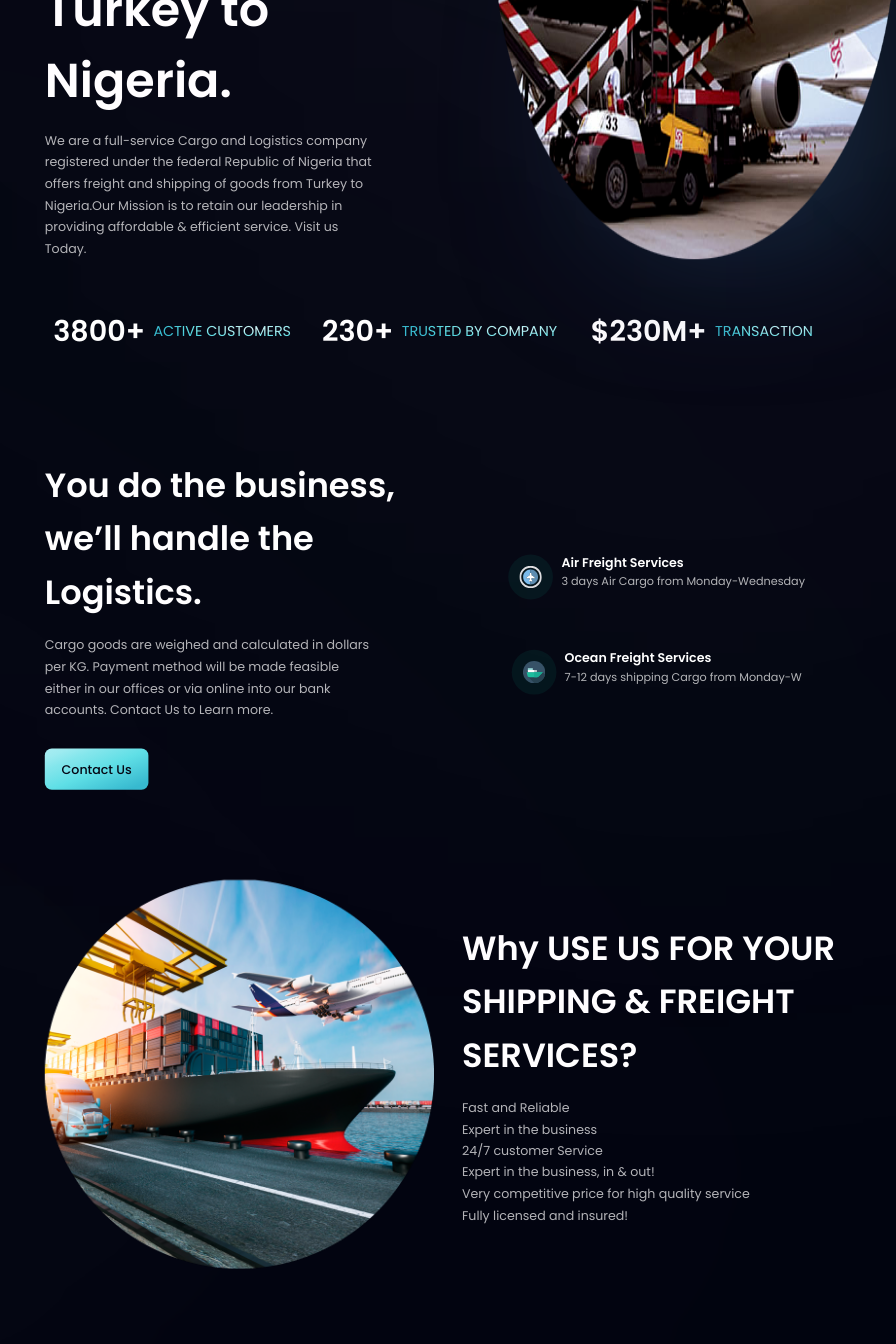
Repository: Miracleoluebube/captionlogistics
Page: /
The author's editor kept a copy of each file at every save. The page is drawn from the files as they stood at one save, then again after the next save.
The browser window is 1280 px wide. The pictures show the part of the page from y = 735 to 2655 px (the page is 5707 px tall), at 70% of full size.
The project was rebuilt for these pictures with package versions that can differ from the ones it lists, and the page was loaded fresh each time. Also part of the build but not shown: vite.config.js.

Above is the page before, as saved 2022-10-02 18:43:03.

### src/components/Navbar.jsx
import { useState } from "react";

import { close, logo, menu } from "../assets";
import { navLinks } from "../constants";

const Navbar = () => {
  const [active, setActive] = useState("Home");
  const [toggle, setToggle] = useState(false);

  return (
    <nav className="w-full flex py-6 justify-between items-center navbar">
      <img src={logo} alt="hoobank" className="w-[124px] h-[32px]" />

      <ul className="list-none sm:flex hidden justify-end items-center flex-1">
        {navLinks.map((nav, index) => (
          <li
            key={nav.id}
            className={`font-poppins font-normal cursor-pointer text-[16px] ${
              active === nav.title ? "text-white" : "text-dimWhite"
            } ${index === navLinks.length - 1 ? "mr-0" : "mr-10"}`}
            onClick={() => setActive(nav.title)}
          >
            <a href={`#${nav.id}`}>{nav.title}</a>
          </li>
        ))}
      </ul>

      <div className="sm:hidden flex flex-1 justify-end items-center">
        <img
          src={toggle ? close : menu}
          alt="menu"
          className="w-[28px] h-[28px] object-contain"
          onClick={() => setToggle(!toggle)}
        />

        <div
          className={`${
            !toggle ? "hidden" : "flex"
          } p-6 bg-black-gradient absolute top-20 right-0 mx-4 my-2 min-w-[140px] rounded-xl sidebar`}
        >
          <ul className="list-none flex justify-end items-start flex-1 flex-col">
            {navLinks.map((nav, index) => (
              <li
                key={nav.id}
                className={`font-poppins font-medium cursor-pointer text-[16px] ${
                  active === nav.title ? "text-white" : "text-dimWhite"
                } ${index === navLinks.length - 1 ? "mb-0" : "mb-4"}`}
                onClick={() => setActive(nav.title)}
              >
                <a href={`#${nav.id}`}>{nav.title}</a>
              </li>
            ))}
          </ul>
        </div>
      </div>
    </nav>
  );
};

export default Navbar;

### src/components/Billing.jsx
import { apple, bill, google } from "../assets";
import styles, { layout } from "../style";

const Billing = () => (
  <section id="product" className={layout.sectionReverse}>
    <div className={layout.sectionImgReverse}>
      <img src={bill} alt="billing" className="w-[100%] h-[100%] relative z-[5]" />

      {/* gradient start */}
      <div className="absolute z-[3] -left-1/2 top-0 w-[50%] h-[50%] rounded-full white__gradient" />
      <div className="absolute z-[0] w-[50%] h-[50%] -left-1/2 bottom-0 rounded-full pink__gradient" />
      {/* gradient end */}
    </div>

    <div className={layout.sectionInfo}>
      <h2 className={styles.heading2}>
        Why USE US FOR YOUR  <br className="sm:block hidden" /> SHIPPING &
        FREIGHT SERVICES?

      </h2>
      <p  className={`${styles.paragraph} max-w-[470px] mt-5`}>
      <ol>
  <li>Fast and Reliable</li>
  <li>Expert in the business</li>
  <li>24/7 customer Service</li>
  <li>Expert in the business, in & out!</li>
  <li>Very competitive price for high quality service</li>
  <li>Fully licensed and insured!</li>
</ol>
      </p>

      {/* <div className="flex flex-row flex-wrap sm:mt-10 mt-6">
        <img src={apple} alt="google_play" className="w-[128.86px] h-[42.05px] object-contain mr-5 cursor-pointer" />
        <img src={google} alt="google_play" className="w-[144.17px] h-[43.08px] object-contain cursor-pointer" />
      </div> */}
    </div>
  </section>
);

export default Billing;

### src/components/CardDeal.jsx
import { card } from "../assets";
import styles, { layout } from "../style";
import Button from "./Button";

const CardDeal = () => (
  <section id="contact Us" className={layout.section}>
    <div className={layout.sectionInfo}>
      <h2 className={styles.heading2}>
        Get Your goods delivered  <br className="sm:block hidden" /> in few easy
        steps.
      </h2>
      <p className={`${styles.paragraph} max-w-[470px] mt-5`}>
      <ol type="1">
      <li className={styles.heading2}>1.</li>
  <h2><li >CONTACT US FOR YOUR BOOKING REQUEST</li>
  Send in your request via call/whatsapp or at our office.


  </h2>
  <li className={styles.heading2}>2</li>
  <li >We Process Your item(s).
    We confirm receipt, process payment,& package your item(s) accordingly &
    set ready for shipment.
  </li>
  <li className={styles.heading2}>3</li>
  <li>We import your item(s) to Nigeria and deliver to your final location. Air freight: 3 days. </li>
</ol>
      </p>

      <Button styles={`mt-10`} />
    </div>

    <div className={layout.sectionImg}>
      <img src={card} alt="billing" className="w-[100%] h-[100%]" />
    </div>
  </section>
);

export default CardDeal;

### src/components/Business.jsx
import { features } from "../constants";
import styles, { layout } from "../style";
import Button from "./Button";

const FeatureCard = ({ icon, title, content, index }) => (
  <div className={`flex flex-row p-6 rounded-[20px] ${index !== features.length - 1 ? "mb-6" : "mb-0"} feature-card`}>
    <div className={`w-[64px] h-[64px] rounded-full ${styles.flexCenter} bg-dimBlue`}>
      <img src={icon} alt="star" className="w-[50%] h-[50%] object-contain" />
    </div>
    <div className="flex-1 flex flex-col ml-3">
      <h4 className="font-poppins font-semibold text-white text-[18px] leading-[23.4px] mb-1">
        {title}
      </h4>
      <p className="font-poppins font-normal text-dimWhite text-[16px] leading-[24px]">
        {content}
      </p>
    </div>
  </div>
);

const Business = () =>  (
  <section id="features" className={layout.section}>
    <div className={layout.sectionInfo}>
      <h2 className={styles.heading2}>
        You do the business, <br className="sm:block hidden" /> we’ll handle
        the Logistics.
      </h2>
      <p className={`${styles.paragraph} max-w-[470px] mt-5`}>
        Cargo goods are weighed and calculated in dollars per KG.
      Payment method will be made feasible either in our offices or via online
      into our bank accounts.
      Contact Us to Learn more.
      </p>

      <Button styles={`mt-10`} />
    </div>

    <div className={`${layout.sectionImg} flex-col`}>
      {features.map((feature, index) => (
        <FeatureCard key={feature.id} {...feature} index={index} />
      ))}
    </div>
  </section>
);

export default Business;

### src/components/CTA.jsx
import styles from "../style";
import Button from "./Button";

const CTA = () => (
  <section className={`${styles.flexCenter} ${styles.marginY} ${styles.padding} sm:flex-row flex-col bg-black-gradient-2 rounded-[20px] box-shadow`}>
    <div className="flex-1 flex flex-col">
      <h2 className={styles.heading2}>Let’s try our service now!</h2>
      <p className={`${styles.paragraph} max-w-[470px] mt-5`}>
        Everything you need to ship ypur goods from Turkey and grow your business
        in Nigeria.
      </p>
    </div>

    <div  className={`${styles.flexCenter} sm:ml-10 ml-0 sm:mt-0 mt-10`}>
      <Button />
    </div>
  </section>
);

export default CTA;

### src/components/Stats.jsx
import { stats } from "../constants";
import styles from "../style";

const Stats = () => (
  <section className={`${styles.flexCenter} flex-row flex-wrap sm:mb-20 mb-6`}>
    {stats.map((stat) => (
      <div key={stat.id} className={`flex-1 flex justify-start items-center flex-row m-3`} >
        <h4 className="font-poppins font-semibold xs:text-[40.89px] text-[30.89px] xs:leading-[53.16px] leading-[43.16px] text-white">
          {stat.value}
        </h4>
        <p className="font-poppins font-normal xs:text-[20.45px] text-[15.45px] xs:leading-[26.58px] leading-[21.58px] text-gradient uppercase ml-3">
          {stat.title}
        </p>
      </div>
    ))}
  </section>
);

export default Stats;

### src/components/Footer.jsx
import styles from "../style";
import { logo } from "../assets";
import { footerLinks, socialMedia } from "../constants";

const Footer = () => (
  <section className={`${styles.flexCenter} ${styles.paddingY} flex-col`}>
    <div className={`${styles.flexStart} md:flex-row flex-col mb-8 w-full`}>
      <div className="flex-[1] flex flex-col justify-start mr-10">
        <img
          src={logo}
          alt="hoobank"
          className="w-[266px] h-[72.14px] object-contain"
        />
        <p className={`${styles.paragraph} mt-4 max-w-[312px]`}>
         Head Office address: Number 10&11, A.O plaza, ground floor,
         Mandilas market Lagos island
        </p>
      </div>

      <div className="flex-[1.5] w-full flex flex-row justify-between flex-wrap md:mt-0 mt-10">
        {footerLinks.map((footerlink) => (
          <div key={footerlink.title} className={`flex flex-col ss:my-0 my-4 min-w-[150px]`}>
            <h4 className="font-poppins font-medium text-[18px] leading-[27px] text-white">
              {footerlink.title}
            </h4>
            <ul className="list-none mt-4">
              {footerlink.links.map((link, index) => (
                <li
                  key={link.name}
                  className={`font-poppins font-normal text-[16px] leading-[24px] text-dimWhite hover:text-secondary cursor-pointer ${
                    index !== footerlink.links.length - 1 ? "mb-4" : "mb-0"
                  }`}
                >
                  {link.name}
                </li>
              ))}
            </ul>
          </div>
        ))}
      </div>
    </div>

    <div className="w-full flex justify-between items-center md:flex-row flex-col pt-6 border-t-[1px] border-t-[#3F3E45]">
      <p className="font-poppins font-normal text-center text-[18px] leading-[27px] text-white">
        Copyright Ⓒ 2022. CaptionLogistics. All Rights Reserved.
      </p>

      <div className="flex flex-row md:mt-0 mt-6">
        {socialMedia.map((social, index) => (
          <img
            key={social.id}
            src={social.icon}
            alt={social.id}
            className={`w-[21px] h-[21px] object-contain cursor-pointer ${
              index !== socialMedia.length - 1 ? "mr-6" : "mr-0"
            }`}
            onClick={() => window.open(social.link)}
          />
        ))}
      </div>
    </div>
  </section>
);

export default Footer;

### src/components/Testimonials.jsx
import { feedback } from "../constants";
import styles from "../style";
import FeedbackCard from "./FeedbackCard";

const Testimonials = () => (
  <section id="clients" className={`${styles.paddingY} ${styles.flexCenter} flex-col relative `}>
    <div className="absolute z-[0] w-[60%] h-[60%] -right-[50%] rounded-full blue__gradient bottom-40" />

    <div className="w-full flex justify-between items-center md:flex-row flex-col sm:mb-16 mb-6 relative z-[1]">
      <h2 className={styles.heading2}>
        What People are <br className="sm:block hidden" /> saying about us
      </h2>
      <div className="w-full md:mt-0 mt-6">
        <p className={`${styles.paragraph} text-left max-w-[450px]`}>
        Everything you need to ship ypur goods from Turkey and grow your business
        in Nigeria.
        </p>
      </div>
    </div>

    <div className="flex flex-wrap sm:justify-start justify-center w-full feedback-container relative z-[1]">
      {feedback.map((card) => <FeedbackCard key={card.id} {...card} />)}
    </div>
  </section>
);

export default Testimonials;

### src/components/Hero.jsx
import styles from "../style";
import { discount, robot } from "../assets";
import GetStarted from "./GetStarted";

const Hero = () => {
  return (
    <section id="home" className={`flex md:flex-row flex-col ${styles.paddingY}`}>
      <div className={`flex-1 ${styles.flexStart} flex-col xl:px-0 sm:px-16 px-6`}>
        <div className="flex flex-row items-center py-[6px] px-4 bg-discount-gradient rounded-[10px] mb-2">
          <img src={discount} alt="discount" className="w-[32px] h-[32px]" />
          <p className={`${styles.paragraph} ml-2`}>
            <span className="text-white">Call us </span> +234{" "}
            <span className="text-white">806 {" "} 750 {" "} 7539</span>
          </p>
        </div>

        <div className="flex flex-row justify-between items-center w-full">
          <h1 className="flex-1 font-poppins font-semibold ss:text-[72px] text-[52px] text-white ss:leading-[100.8px] leading-[75px]">
            Your trusted <br className="sm:block hidden" />{" "}
            <span className="text-gradient">Freight & Shipping</span>{" "}
          </h1>
          <div className="ss:flex hidden md:mr-4 mr-0">
            <GetStarted />
          </div>
        </div>

        <h1 className="font-poppins font-semibold ss:text-[68px] text-[52px] text-white ss:leading-[100.8px] leading-[75px] w-full">
  company From Turkey to Nigeria.
        </h1>
        <p className={`${styles.paragraph} max-w-[470px] mt-5`}>
          We are a  full-service Cargo and Logistics
          company registered under the federal Republic of Nigeria that offers freight
          and shipping of goods from Turkey
          to Nigeria.Our Mission is to retain our leadership
          in providing affordable
          & efficient service. Visit us Today.
        </p>
      </div>

      <div className={`flex-1 flex ${styles.flexCenter} md:my-0 my-10 relative`}>
        <img src={robot} alt="billing" className="w-[100%] h-[100%] relative z-[5]" />

        {/* gradient start */}
        <div className="absolute z-[0] w-[40%] h-[35%] top-0 pink__gradient" />
        <div className="absolute z-[1] w-[80%] h-[80%] rounded-full white__gradient bottom-40" />
        <div className="absolute z-[0] w-[50%] h-[50%] right-20 bottom-20 blue__gradient" />
        {/* gradient end */}
      </div>

      <div className={`ss:hidden ${styles.flexCenter}`}>
        <GetStarted />
      </div>
    </section>
  );
};

export default Hero;

### src/constants/index.js
import { people01, people02, people03, facebook, instagram, linkedin, twitter, airbnb, binance, coinbase, dropbox, send, shield, star  } from "../assets";

export const navLinks = [
  {
    id: "home",
    title: "Home",
  },
  {
    id: "features",
    title: "Services",
  },
  {
    id: "product",
    title: "About Us",
  },

  {
    id: "contact Us",
    title: "Contact Us",
  },
  //  {
  //    id: "contact Us",
  //    title: "How it works",
  //  },
];

export const features = [
  {
    id: "feature-1",
    icon: star,
    title: "Air Freight Services",
    content:
      "3 days Air Cargo from Monday-Wednesday",

  },
  /*{
    id: "feature-2",
    icon: shield,
    title: "100% Secured",
    content:
      "We take proactive steps make sure your information and transactions are secure.",
  },*/
  {
    id: "feature-3",
    icon: send,
    title: "Ocean Freight Services",
    content:
    "7-12 days shipping Cargo from Monday-W",
  },
];

export const feedback = [
  {
    id: "feedback-1",
    content:
      "Money is only a tool. It will take you wherever you wish, but it will not replace you as the driver.",
    name: "Herman Jensen",
    title: "Founder & Leader",
    img: people01,
  },
  {
    id: "feedback-2",
    content:
      "Money makes your life easier. If you're lucky to have it, you're lucky.",
    name: "Steve Mark",
    title: "Founder & Leader",
    img: people02,
  },
  {
    id: "feedback-3",
    content:
      "It is usually people in the money business, finance, and international trade that are really rich.",
    name: "Kenn Gallagher",
    title: "Founder & Leader",
    img: people03,
  },
];

export const stats = [
  {
    id: "stats-1",
    title: " Active Customers",
    value: "3800+",
  },
  {
    id: "stats-2",
    title: "Trusted by Company",
    value: "230+",
  },
  {
    id: "stats-3",
    title: "Transaction",
    value: "$230M+",
  },
];

export const footerLinks = [
  {
    title: "Useful Links",
    links: [
      {
        name: "Content",
        link: "https://www.hoobank.com/content/",
      },
      {
        name: "How it Works",
        link: "https://www.hoobank.com/how-it-works/",
      },
      {
        name: "Create",
        link: "https://www.hoobank.com/create/",
      },
      {
        name: "Explore",
        link: "https://www.hoobank.com/explore/",
      },
      {
        name: "Terms & Services",
        link: "https://www.hoobank.com/terms-and-services/",
      },
    ],
  },
  {
    title: "Community",
    links: [
      {
        name: "Help Center",
        link: "https://www.hoobank.com/help-center/",
      },
      {
        name: "Partners",
        link: "https://www.hoobank.com/partners/",
      },
      {
        name: "Suggestions",
        link: "https://www.hoobank.com/suggestions/",
      },
      {
        name: "Blog",
        link: "https://www.hoobank.com/blog/",
      },
      {
        name: "Newsletters",
        link: "https://www.hoobank.com/newsletters/",
      },
    ],
  },
  {
    title: "Partner",
    links: [
      {
        name: "Our Partner",
        link: "https://www.hoobank.com/our-partner/",
      },
      {
        name: "Become a Partner",
        link: "https://www.hoobank.com/become-a-partner/",
      },
    ],
  },
];

export const socialMedia = [
  {
    id: "social-media-1",
    icon: instagram,
    link: "https://www.instagram.com/",
  },
  {
    id: "social-media-2",
    icon: facebook,
    link: "https://www.facebook.com/",
  },
  {
    id: "social-media-3",
    icon: twitter,
    link: "https://www.twitter.com/",
  },
  {
    id: "social-media-4",
    icon: linkedin,
    link: "https://www.linkedin.com/",
  },
];

export const clients = [
  {
    id: "client-1",
    logo: airbnb,
  },
  {
    id: "client-2",
    logo: binance,
  },
  {
    id: "client-3",
    logo: coinbase,
  },
  {
    id: "client-4",
    logo: dropbox,
  },
];

### src/components/Button.jsx
import React from "react";

const Button = ({ styles }) => (
  <a href="https://wa.me/2348067507539">
  <button  type="button" className={`py-4 px-6 font-poppins font-medium text-[18px] text-primary bg-blue-gradient rounded-[10px] outline-none ${styles}`}>
    Contact Us
  </button>
  </a>
);



export default Button;

### src/components/FeedbackCard.jsx
import { quotes } from "../assets";

const FeedbackCard = ({ content, name, title, img }) => (
  <div className="flex justify-between flex-col px-10 py-12 rounded-[20px]  max-w-[370px] md:mr-10 sm:mr-5 mr-0 my-5 feedback-card">
    <img src={quotes} alt="double_quotes" className="w-[42.6px] h-[27.6px] object-contain" />
    <p className="font-poppins font-normal text-[18px] leading-[32.4px] text-white my-10">
      {content}
    </p>

    <div className="flex flex-row">
      <img src={img} alt={name} className="w-[48px] h-[48px] rounded-full" />
      <div className="flex flex-col ml-4">
        <h4 className="font-poppins font-semibold text-[20px] leading-[32px] text-white">
          {name}
        </h4>
        <p className="font-poppins font-normal text-[16px] leading-[24px] text-dimWhite">
          {title}
        </p>
      </div>
    </div>
  </div>
);


export default FeedbackCard;

### src/components/GetStarted.jsx
import styles from "../style";
import { arrowUp } from "../assets";

const GetStarted = () => (
  <div className={`${styles.flexCenter} w-[140px] h-[140px] rounded-full bg-blue-gradient p-[2px] cursor-pointer`}>
    <div className={`${styles.flexCenter} flex-col bg-primary w-[100%] h-[100%] rounded-full`}>
      <div className={`${styles.flexStart} flex-row`}>
        <p className="font-poppins font-medium text-[18px] leading-[23.4px]">
          <span className="text-gradient">Track Your</span>
        </p>
        <img src={arrowUp} alt="arrow-up" className="w-[23px] h-[23px] object-contain" />
      </div>

      <p className="font-poppins font-medium text-[18px] leading-[23.4px]">
        <span className="text-gradient">Goods</span>
      </p>
    </div>
  </div>
);

export default GetStarted;

Loaded but not shown: index.html (common file); src/main.jsx (common file); src/App.jsx (common file); src/components/index.js (common file); src/components/Clients.jsx (common file); tailwind.config.cjs (common file); src/assets/index.js (53 lines, source omitted); src/style.js (28 lines, source omitted); src/index.css (213 lines, source omitted)

After the next save:
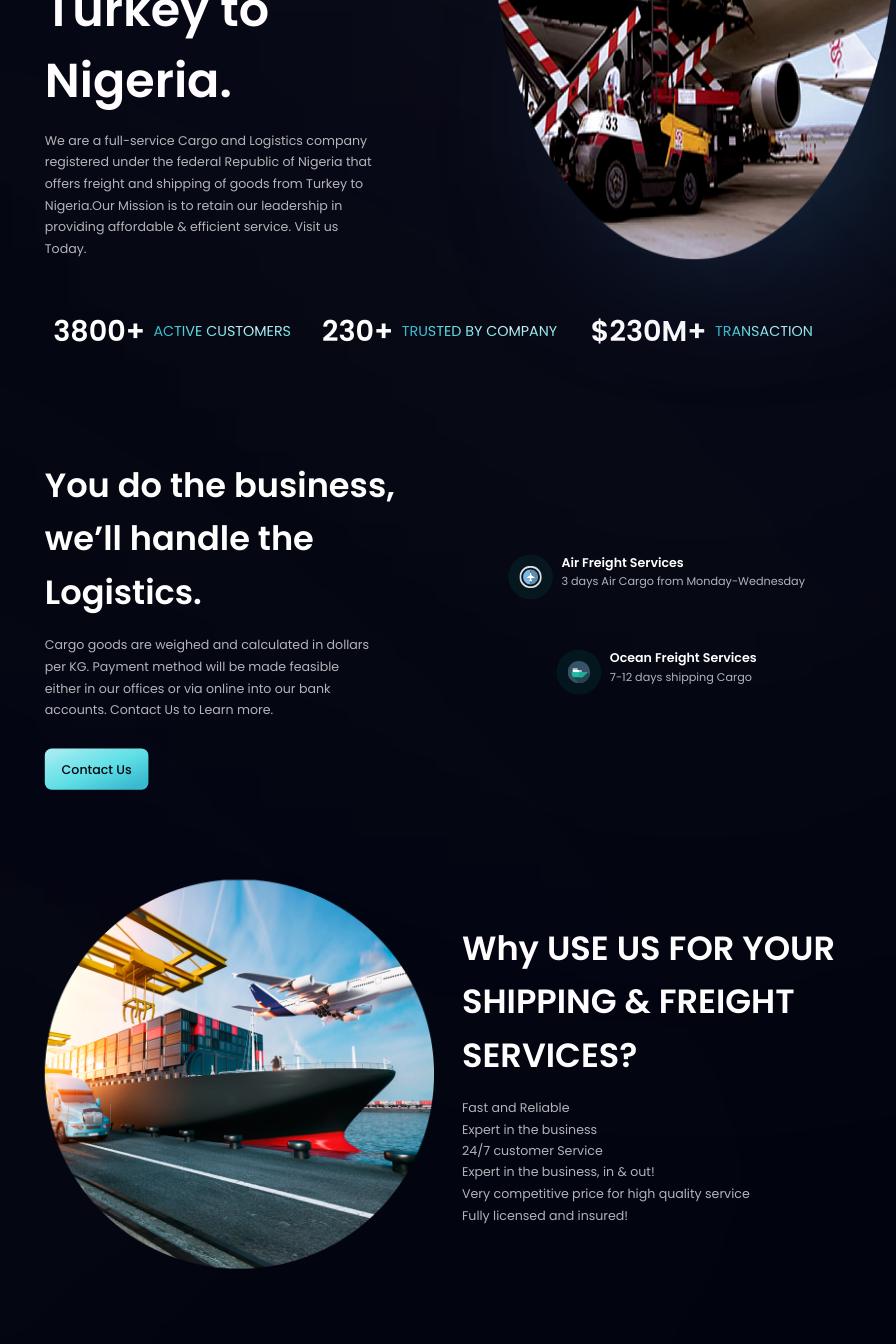
Saved 9 s later.
--- a/src/constants/index.js
+++ b/src/constants/index.js
@@ -45,7 +45,7 @@
     icon: send,
     title: "Ocean Freight Services",
     content:
-    "7-12 days shipping Cargo from Monday-W",
+    "7-12 days shipping Cargo",
   },
 ];
 
